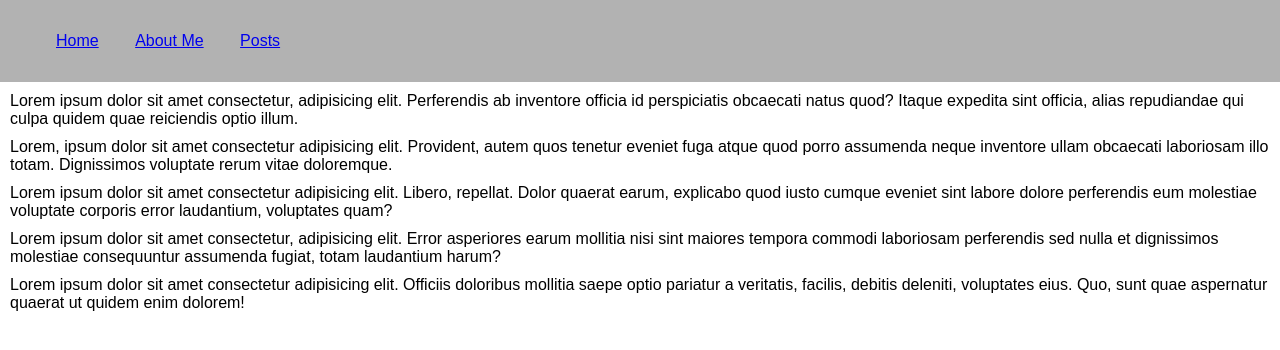
Repository: riley-martin/riley-martin.github.io
Page: about.html
The author's editor kept a copy of each file at every save. The page is drawn from the files as they stood at one save, then again after the next save.
The browser window is 1280 px wide. The pictures show the whole page.

Above is the page before, as saved 2022-08-06 14:27:16.

### about.html
<!DOCTYPE html>
<html lang="en">

<head>
    <meta charset="UTF-8">
    <meta http-equiv="X-UA-Compatible" content="IE=edge">
    <meta name="viewport" content="width=device-width, initial-scale=1.0">
    <link rel="stylesheet" href="style.css">
    <title>About -- Riley Martin</title>
</head>

<body>
    <header>
        <nav>
            <ul class="nav__list">
                <li class="nav__item"><a href="index.html">Home</a></li>
                <li class="nav__item"><a href="#">About Me</a></li>
                <li class="nav__item"><a href="posts.html">Posts</a></li>
            </ul>
        </nav>
    </header>
    <main>
        <div class="main__content">
            <p>Lorem ipsum dolor sit amet consectetur, adipisicing elit. Perferendis ab inventore officia id perspiciatis
                obcaecati natus quod? Itaque expedita sint officia, alias repudiandae qui culpa quidem quae reiciendis optio
                illum.</p>
            <p>Lorem, ipsum dolor sit amet consectetur adipisicing elit. Provident, autem quos tenetur eveniet fuga atque quod
                porro assumenda neque inventore ullam obcaecati laboriosam illo totam. Dignissimos voluptate rerum vitae
                doloremque.</p>
            <p>Lorem ipsum dolor sit amet consectetur adipisicing elit. Libero, repellat. Dolor quaerat earum, explicabo quod
                iusto cumque eveniet sint labore dolore perferendis eum molestiae voluptate corporis error laudantium,
                voluptates quam?</p>
            <p>Lorem ipsum dolor sit amet consectetur, adipisicing elit. Error asperiores earum mollitia nisi sint maiores
                tempora commodi laboriosam perferendis sed nulla et dignissimos molestiae consequuntur assumenda fugiat, totam
                laudantium harum?</p>
            <p>Lorem ipsum dolor sit amet consectetur adipisicing elit. Officiis doloribus mollitia saepe optio pariatur a
                veritatis, facilis, debitis deleniti, voluptates eius. Quo, sunt quae aspernatur quaerat ut quidem enim dolorem!
            </p>
        </div>
    </main>
    <footer></footer>
</body>

</html>

### style.css
html, body {
    margin: 0;
    font-family: sans-serif;
    display: flex;
    flex-direction: column;
}

body {
    height: 100vh;
}

header {
    display: flex;
    flex-direction: row;
    position: sticky;
    top: 0px;
    background-color: rgba(0, 0, 2, 0.3);
    backdrop-filter: blur(8px);
    -webkit-backdrop-filter: blur(8px);
}

p {
    margin: 10px;
}

.nav__item {
    padding: 1em;
    display: inline-block;
    list-style: none;
}

After the next save:
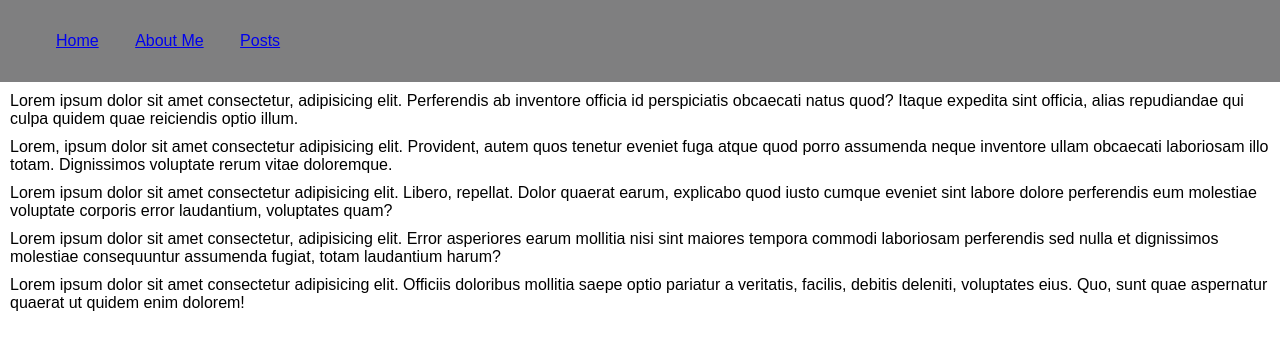
Saved 9 s later.
--- a/style.css
+++ b/style.css
@@ -14,7 +14,7 @@ header {
     flex-direction: row;
     position: sticky;
     top: 0px;
-    background-color: rgba(0, 0, 2, 0.3);
+    background-color: rgba(0, 0, 2, 0.5);
     backdrop-filter: blur(8px);
     -webkit-backdrop-filter: blur(8px);
 }
